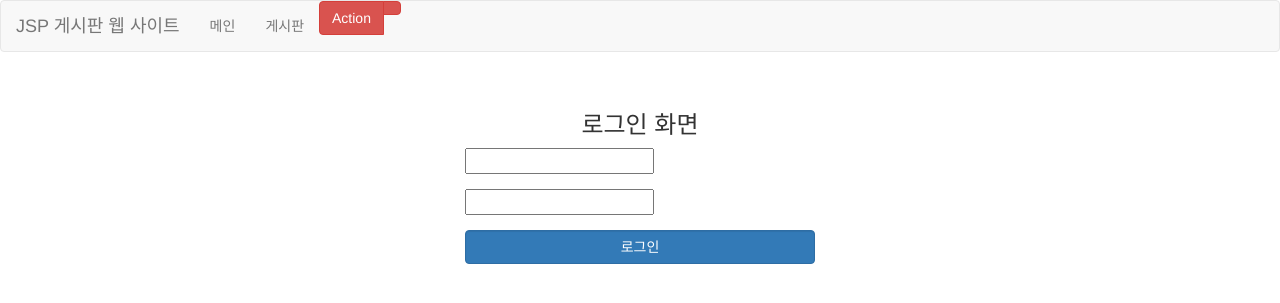
Repository: chyun94/JSP-
Page: http://localhost/BBS/join.jsp
The author's editor kept a copy of each file at every save. The page is drawn from the files as they stood at one save, then again after the next save.
The browser window is 1280 px wide. The pictures show the whole page.
Some web libraries are served in a nearby version. The page is served by Tomcat 9. Other server files are loaded and not shown.

Above is the page before, as saved 2021-05-07 11:10:44.

### BBS/WebContent/join.jsp
<%@ page language="java" contentType="text/html; charset=UTF-8"
	pageEncoding="UTF-8"%>
<!DOCTYPE html>
<html>
<head>
<meta http-equiv="Content-Type" content="text/html; charset="UTF-8">
<!-- 아래 메타 태그는 디바이스마다 크기를 설정하기 위해서 작한한 메타 태그 -->
<meta name="viewport" content="width=device-width" , initial-scale="1">
<link rel="stylesheet" href="css/bootstrap.css">

<title>JSP 게시판 웹 사이트</title>
</head>
<body>
	<nav class="navbar navbar-default">
		<div class="navbar-header">
			<button type="button" class="navbar-toggle collapsed"
				data-toggle="collapse" data-target="#bs-example-navbar-collapse-1"
				aria-expanded="false">

				<span class="icon-bar"></span> <span class="icon-bar"></span> <span
					class="icon-bar"></span>

			</button>
			<a class="navbar-brand" href="main.jsp">JSP 게시판 웹 사이트</a>
		</div>
		<div class="collapse navbar-collapse"
			id="bs-example-navbar-collapse-1">
			<ul class="nav navbar-nav">
				<li><a href="main.jsp">메인</a></li>
				<li><a href="bbs.jsp">게시판</a></li>
			</ul>

			<div class="btn-group">
				<button type="button" class="btn btn-danger">Action</button>
				<button type="button"
					class="btn btn-danger dropdown-toggle dropdown-toggle-split"
					data-toggle="dropdown" aria-haspopup="true" aria-expanded="false">
					<span class="sr-only">접속하기</span>
				</button>

				<div class="dropdown-menu">
					<a class="dropdown-item" href="#">로그인</a>
					<a class="dropdown-item" href="#">회원가입</a>
				</div>
			</div>
		</div>
	</nav>
	<div class="container">
		<div class="col-lg-4"></div>
		<div class="col-lg-4">
			<div class="jumbortron" style="padding-top: 20px;">
				<h3 style="text-align: center;">로그인 화면</h3>
				<div class="form-group">
					<input type="text" class="form-control=" 아이디" name="userID"
						maxlength="20">
				</div>

				<div class="form-group">
					<input type="password" class="form-control="
						비밀번호" name="userPassword" maxlength="20">
				</div>
				<input type="submit" class="btn btn-primary form-control"
					value="로그인">
			</div>
		</div>
	</div>
	<script src="https://code.jquery.com/jquery-3.1.1.min.js"></script>
	<script src="js/bootstrap.js"></script>

</body>
</html>

Loaded but not shown: BBS/WebContent/css/bootstrap.css (library); BBS/WebContent/js/bootstrap.js (library)

After the next save:
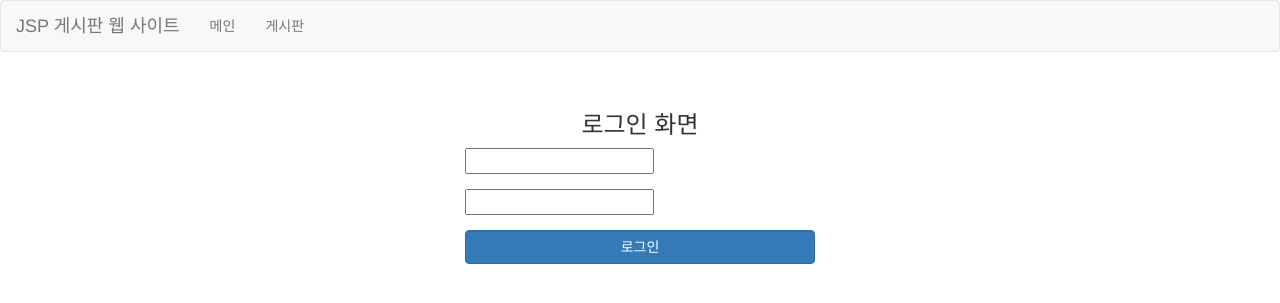
Saved 19 s later.
--- a/BBS/WebContent/join.jsp
+++ b/BBS/WebContent/join.jsp
@@ -31,13 +31,6 @@
 			</ul>
 
 			<div class="btn-group">
-				<button type="button" class="btn btn-danger">Action</button>
-				<button type="button"
-					class="btn btn-danger dropdown-toggle dropdown-toggle-split"
-					data-toggle="dropdown" aria-haspopup="true" aria-expanded="false">
-					<span class="sr-only">접속하기</span>
-				</button>
-
 				<div class="dropdown-menu">
 					<a class="dropdown-item" href="#">로그인</a>
 					<a class="dropdown-item" href="#">회원가입</a>
